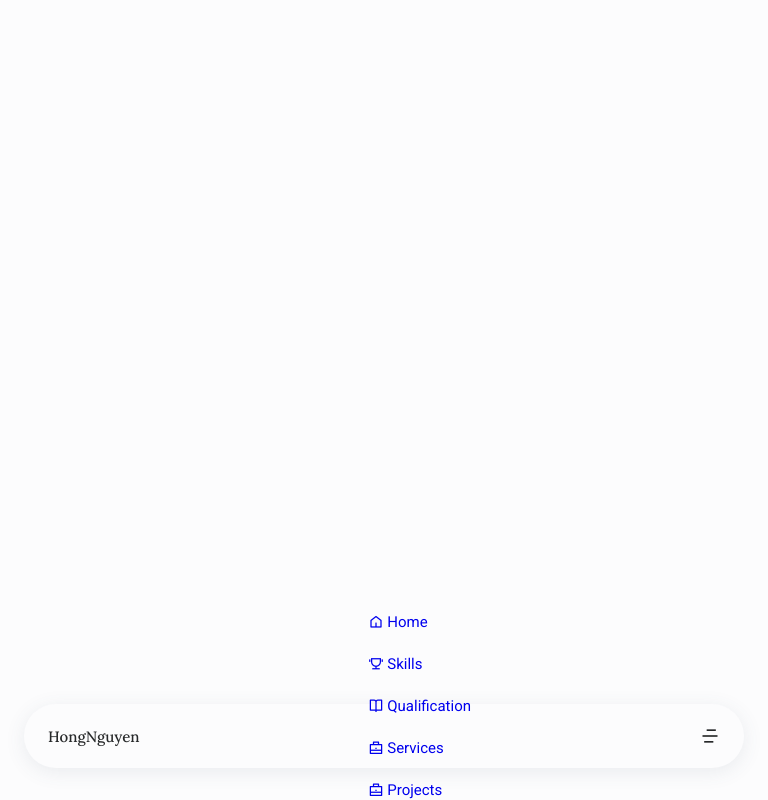
Repository: hnguyeng/myportfoliohongnguyen
Page: index.html
The author's editor kept a copy of each file at every save. The page is drawn from the files as they stood at one save, then again after the next save.
The browser window is 768 px wide. The pictures show the whole page.
Some web libraries are served in a nearby version.

Above is the page before, as saved 2023-07-17 09:27:01.

After the next save:
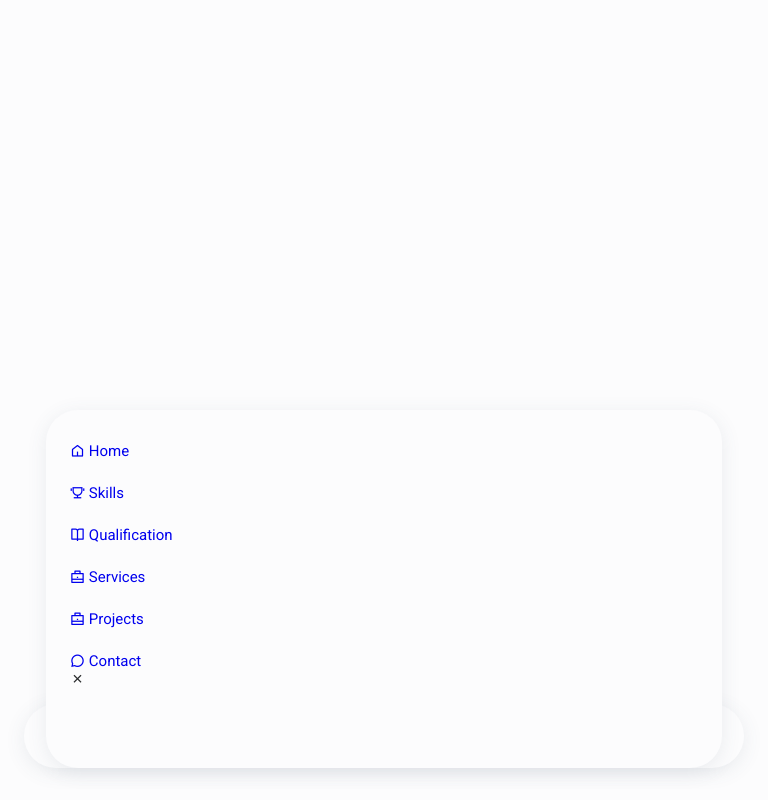
Saved 8 min 51 s later.
--- a/assets/css/style.css
+++ b/assets/css/style.css
@@ -142,3 +142,18 @@ img{
     font-size: 1.25rem;
     cursor: pointer;
 }
+@media screen and (max-width:1023px) {
+    .nav__menu{
+        position: fixed;
+        width: 88%;
+        right: 0;
+        left: 0;
+        bottom: 2rem;
+        margin: 0 auto;
+        background-color: var(--body-color);
+        box-shadow: 0 4px 20px hsla(207, 24%, 35%, .1);
+        padding: 2rem 1.5rem 5rem;
+        border-radius: 2rem;
+        transition: bottom .3s;
+    }
+}
